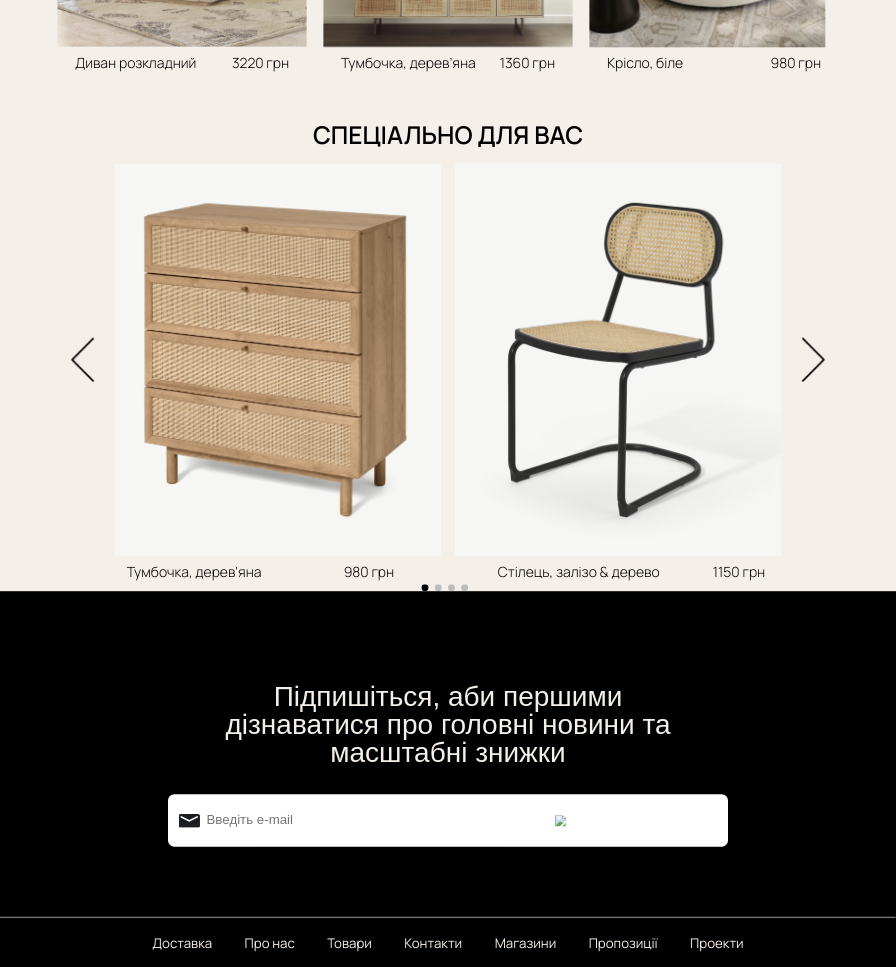
Repository: malykhinaIra/laravel
Page: http://localhost/Catalog
An editor plug-in stored every save of this project. The page is shown before and after the next save, followed by the edit.
The browser window is 1280 px wide. The pictures show the part of the page from y = 2342 to 4262 px (the page is 3724 px tall before and 4262 px after), at 70% of full size.
Some web fonts or font styles are not loaded; a fallback is used. The page is served by the project's Laravel application, run on PHP 8.4 with Laravel 9. Other server files are loaded and not shown.

Above is the page before, as saved 2022-05-09 17:09:24.

### blog/routes/web.php
<?php

use Illuminate\Support\Facades\Route;

/*
|--------------------------------------------------------------------------
| Web Routes
|--------------------------------------------------------------------------
|
| Here is where you can register web routes for your application. These
| routes are loaded by the RouteServiceProvider within a group which
| contains the "web" middleware group. Now create something great!
|
*/

Route::get('/', 'App\Http\Controllers\MainController@forLend');

Route::get('/Lend', 'App\Http\Controllers\MainController@forLend');

Route::get('/Catalog', 'App\Http\Controllers\MainController@forCatalog');

Route::get('/Info', 'App\Http\Controllers\MainController@forInfo');

Route::get('/yourReview', 'App\Http\Controllers\MainController@review');

Route::post('/yourReview/check', 'App\Http\Controllers\MainController@check');

### blog/app/Http/Controllers/MainController.php
<?php

namespace App\Http\Controllers;

use Illuminate\Http\Request;

class MainController extends Controller {

    public function forLend() {
        return view('lend');
    }

    public function forCatalog() {
        return view('catalog');
    }

    public function forInfo() {
        return view('info');
    }

    public function review() {
        return view('yourReview');
    }

    public function check(Request $request) {
        $valid = $request->validate([
            'username' => 'required|min:5|max:50',
            'email' => 'required|min:5|max:50',
            'message' => 'required|min:15|max:500'
        ]);
        dd($request);
    }

}

### blog/resources/views/catalog.blade.php
@extends('header')

@section('content')
<!DOCTYPE html>
<html lang="ua">

<head>
    <meta charset="UTF-8">
    <meta http-equiv="X-UA-Compatible" content="IE=edge">
    <meta name="viewport" content="width=device-width, initial-scale=1.0">
    <title>Каталог</title>
    <link rel="preconnect" href="https://fonts.googleapis.com">
    <link rel="preconnect" href="https://fonts.gstatic.com" crossorigin>
    <link rel="preconnect" href="https://fonts.googleapis.com">
    <link rel="preconnect" href="https://fonts.gstatic.com" crossorigin>
    <link href="https://fonts.googleapis.com/css2?family=Lexend&family=Manrope:wght@200;300;400;500;600&display=swap" rel="stylesheet">
    <link href="https://fonts.googleapis.com/css2?family=Lexend:wght@300&family=Manrope:wght@200;300;400;500;600&display=swap" rel="stylesheet">
    <link rel="preconnect" href="https://fonts.googleapis.com">
    <link rel="preconnect" href="https://fonts.gstatic.com" crossorigin>
    <link href="https://fonts.googleapis.com/css2?family=Lexend&family=Manrope:wght@200;300;400;500;600&display=swap" rel="stylesheet">
    <link rel="preconnect" href="https://fonts.googleapis.com">
    <link rel="preconnect" href="https://fonts.gstatic.com" crossorigin>
    <link href="https://fonts.googleapis.com/css2?family=Manrope:wght@200;300;400;500;600&display=swap" rel="stylesheet">
    <link rel="stylesheet" href="css/catalog.css">
    <link rel="stylesheet" href="css/bootstrap-grid.min.css">
    <meta name="viewport" content="width=device-width">
</head>

<body>
    <div class="catalog">
        <div class="rooms">
            <a href="#">СПАЛЬНЯ</a>
            <a href="#">КУХНЯ</a>
            <a href="#">ОФІС</a>
            <a href="#">ВІТАЛЬНЯ</a>
            <a href="#">ПЕРЕДПОКІЙ</a>
        </div>
    </div>
    <div class="mobile">
        <a href="#">
            <h1>ТОВАРИ ДЛЯ ВІТАЛЬНІ<img class="arr" src="img/Line 15.svg"></h1>
        </a>
    </div>
    <main>
        <section class="picture">
            <h1>КАТАЛОГ ТОВАРІВ</h1>
            <img src="img/image 23.png" width="100%">
        </section>
        <section class="full-catalog" style="margin-top: -15px;">
            <div class="container">
                <div class="icon">
                    <a href=""><img src="img/image 58.svg"></a>
                    <p>Фільтри</p>
                </div>
                <div class="row">
                    <div class="col-4">
                        <div>
                            <div class="image">
                                <a href="item.php/?id=1"><img src="img/image 24.png"></a>
                            </div>
                            <div class="price">
                                <div>
                                    <p>Стілець, дерев’яний</p>
                                </div>
                                <p>800 грн</p>
                            </div>
                        </div>
                    </div>
                    <div class="col-4">
                        <div>
                            <div class="image">
                                <a href="item.php/?id=2"><img src="img/image 25.png"></a>
                            </div>
                            <div class="price">
                                <div>
                                    <p>Крісло, дерево & шкіра</p>
                                </div>
                                <p>1300 грн</p>
                            </div>
                        </div>
                    </div>
                    <div class="col" id="third">
                        <div class="filters">
                            <h2>Товари для вітальні</h2>
                            <hr>
                            <a href="#">
                                <p>Дивани</p>
                            </a>
                            <a href="#">
                                <p>Стільці</p>
                            </a>
                            <a href="#">
                                <p>Тумбочки</p>
                            </a>
                            <a href="#">
                                <p>Настільні лампи</p>
                            </a>
                            <a href="#">
                                <p>Кавові столики</p>
                            </a>
                            <a href="#">
                                <p>Каміни & електрокаміни</p>
                            </a>
                            <a href="#">
                                <p>Шкіряні меблі</p>
                            </a>
                            <a href="#">
                                <p>Консольні столи</p>
                            </a>
                            <a href="#">
                                <p>Люстри</p>
                            </a>
                            <a href="#">
                                <p>Вази & декор</p>
                            </a>
                        </div>
                    </div>
                </div>
                <div class="row">
                    <div class="col-4">
                        <div>
                            <div class="image">
                                <a href="item.php/?id=3"><img src="img/image 26.png"></a>
                            </div>
                            <div class="price">
                                <div>
                                    <p>Настінна картина</p>

                                </div>
                                <p>1230 грн</p>
                            </div>
                        </div>
                    </div>
                    <div class="col-4">
                        <div>
                            <div class="image">
                                <a href="item.php/?id=4"><img src="img/image 27 (1).png"></a>
                            </div>
                            <div class="price">
                                <div>
                                    <p>Журнальний столик</p>
                                </div>
                                <p>980 грн</p>
                            </div>
                        </div>
                    </div>
                    <div class="col-4" id="third">
                        <div>
                            <div class="image">
                                <a href="item.php/?id=5"><img src="img/image 35.png"></a>
                            </div>
                            <div class="price">
                                <div>
                                    <p>Тумбочка з відділами</p>
                                </div>
                                <p>780 грн</p>
                            </div>
                        </div>
                    </div>
                </div>
                <div class="row">
                    <div class="col-4">
                        <div>
                            <div class="image">
                                <a href="item.php/?id=6"><img src="img/image 37.png"></a>
                            </div>
                            <div class="price">
                                <div>
                                    <p>Диван розкладний</p>
                                </div>
                                <p>3220 грн</p>
                            </div>
                        </div>
                    </div>
                    <div class="col-4">
                        <div>
                            <div class="image">
                                <a href="item.php/?id=7"><img src="img/image 36.png"></a>
                            </div>
                            <div class="price">
                                <div>
                                    <p>Тумбочка, дерев’яна</p>
                                </div>
                                <p>1360 грн</p>
                            </div>
                        </div>
                    </div>
                    <div class="col-4" id="third">
                        <div>
                            <div class="image">
                                <a href="item.php/?id=8"><img src="img/image 31.png"></a>
                            </div>
                            <div class="price">
                                <div>
                                    <p>Крісло, біле</p>
                                </div>
                                <p>980 грн</p>
                            </div>
                        </div>
                    </div>
                </div>
                <a href=""><img src="img/Group 66.svg" class="button"></a>
            </div>
        </section>
        <section class="special-offer">
            <h1>СПЕЦІАЛЬНО ДЛЯ ВАС</h1>
            <div class="container">
                <div class="room-shopping">
                    <a href="#"><img src="img/image 29.svg" class="arrow"></a>
                    <a href="#"><img src="img/image 54.png" style="padding:0 2%;" id="offer"></a>
                    <a href="#"><img src="img/image 55.png" style="padding:0 2%;" id="offer"></a>
                    <a href="#"><img src="img/image 30.svg" class="arrow"></a>
                </div>
                <div class="row">
                    <div class="col-6">
                        <div class="price">
                            <div>
                                <p>Тумбочка, дерев'яна</p>
                            </div>
                            <p>980 грн</p>
                        </div>
                    </div>
                    <div class="col-6">
                        <div class="price">
                            <div>
                                <p>Стілець, залізо & дерево</p>
                            </div>
                            <p>1150 грн</p>
                        </div>
                    </div>
                </div>
            </div>
            </div>
            <img src="img/Group 3.svg" class="scroll">
            </div>
        </section>
    </main>
    <br>
    <footer id="bottom">
        <section class="form">
        <?php if (!isset($_POST["mail"])) { ?>
                <p>Підпишіться, аби першими дізнаватися про головні новини та масштабні знижки</p>
                <div class="subscribe">
                    <form method="POST" style="width:800px; margin: 0; display: flex; align-items: center;">
                        <div style="display: flex; align-items: center;">
                            <img src="img/Shape.svg" class="message">
                            <input style="width:500px; outline: none; border: none; font-size: 25px;" type="text" name="mail" placeholder="Введіть e-mail">
                        </div>
                        <button type="submit" style="background: none; border: 0; padding:0;"><img src="img//Group 61.svg" class="sub-btn"></button>
                    </form>
                </div>
            <?php } else { ?>
                <p style="padding-top: 130px; color: #F5EFEA">Дякуємо за підписку! Перевірте свою поштову скриньку
                    <?php
                    echo htmlspecialchars($_POST["mail"]);
                    ?>
                    <a style="color: #F5EFEA; border: 0; padding:0;">
                        <p style="font-style: italic; padding: 0px; font-size:25px;">Назад
                    </a>
                <?php } ?>
        </section>
        <hr>
        <section class="footer-1">
            <a href="#">Доставка</a>
            <a href="/Info">Про нас</a>
            <a href="/Catalog">Товари</a>
            <a href="#">Контакти</a>
            <a href="#">Магазини</a>
            <a href="#">Пропозиції</a>
            <a href="#">Проекти</a>
        </section>
        <br>
    </footer>
</body>
@endsection

### blog/resources/views/header.blade.php
<header class="header">
</div>
        <div class="nav-1">
            <div class="nav-toggle">
                <div class="container">
                    <a href="/Info" width="10%" onclick>
                        <img src="img/Group 65.svg" class="menu">
                    </a>
                    <div class="logo"><a href="index.html">COMFORT</a></div>
                    <div class="row">
                        <div class="col">
                            <a href="#" style="margin-right: 2.5%;"><img src="img/Group 56.svg"></a>
                        </div>
                        <div class="col">
                            <a href="#"><img src="img/Group 55.svg"></a>
                        </div>
                    </div>
                </div>
            </div>
            <hr>
            <div class="border-1">
                <input type="text" size="19" placeholder="Пошук меблів">
                <a href="#" class="search-1"><img src="img/image 22 (1).svg"></a>
            </div>
        </div>

        <section class="nav">
            <a href="/Lend" class="logo">COMFORT</a>
            <a href="/Info">Про нас</a>
            <a href="#">Доставка</a>
            <a href="#">Підтримка</a>
            <a href="/Catalog">Каталог</a>
            <div class="border">
                <input type="text" size="19" placeholder="Пошук меблів" style="margin-bottom: 6px;">
                <a href="#" class="search"><img src="img/image 22 (1).svg"></a>
            </div>
            <div class="shops">
                <a href="#" style="margin-right: 5px;"><img src="img/image 57.svg"></a>
                <a href="#">Магазини</a>
            </div>
            <div class="icons">
                <a href="#"><img src="img/Group 55.svg"></a>
                <a href="#"><img src="img/Group 56.svg"></a>
                <a href="#"><img src="img/user.svg"></a>
            </div>
        </section>
    </header>

    <div class="forYield">
        @yield('content')
    </div>

Loaded but not shown: blog/app/Http/Controllers/Controller.php (common file); blog/public/css/bootstrap-grid.min.css (library); blog/public/img/Group 66.svg (5 lines, source omitted); blog/public/img/Group 56.svg (4 lines, source omitted); blog/public/img/user.svg (3 lines, source omitted); blog/public/img/image 29.svg (9 lines, source omitted); blog/public/img/Group 55.svg (10 lines, source omitted); blog/public/img/image 30.svg (9 lines, source omitted); blog/public/img/image 22 (1).svg (9 lines, source omitted); blog/public/img/Shape.svg (3 lines, source omitted); blog/public/img/image 57.svg (9 lines, source omitted); blog/public/img/image 58.svg (9 lines, source omitted); blog/public/img/Group 3.svg (6 lines, source omitted); blog/public/img/Group 65.svg (5 lines, source omitted); blog/public/img/Line 15.svg (3 lines, source omitted); blog/public/css/catalog.css (841 lines, source omitted); blog/resources/views/layouts/header.blade.php (92 lines, source omitted)

After the next save:
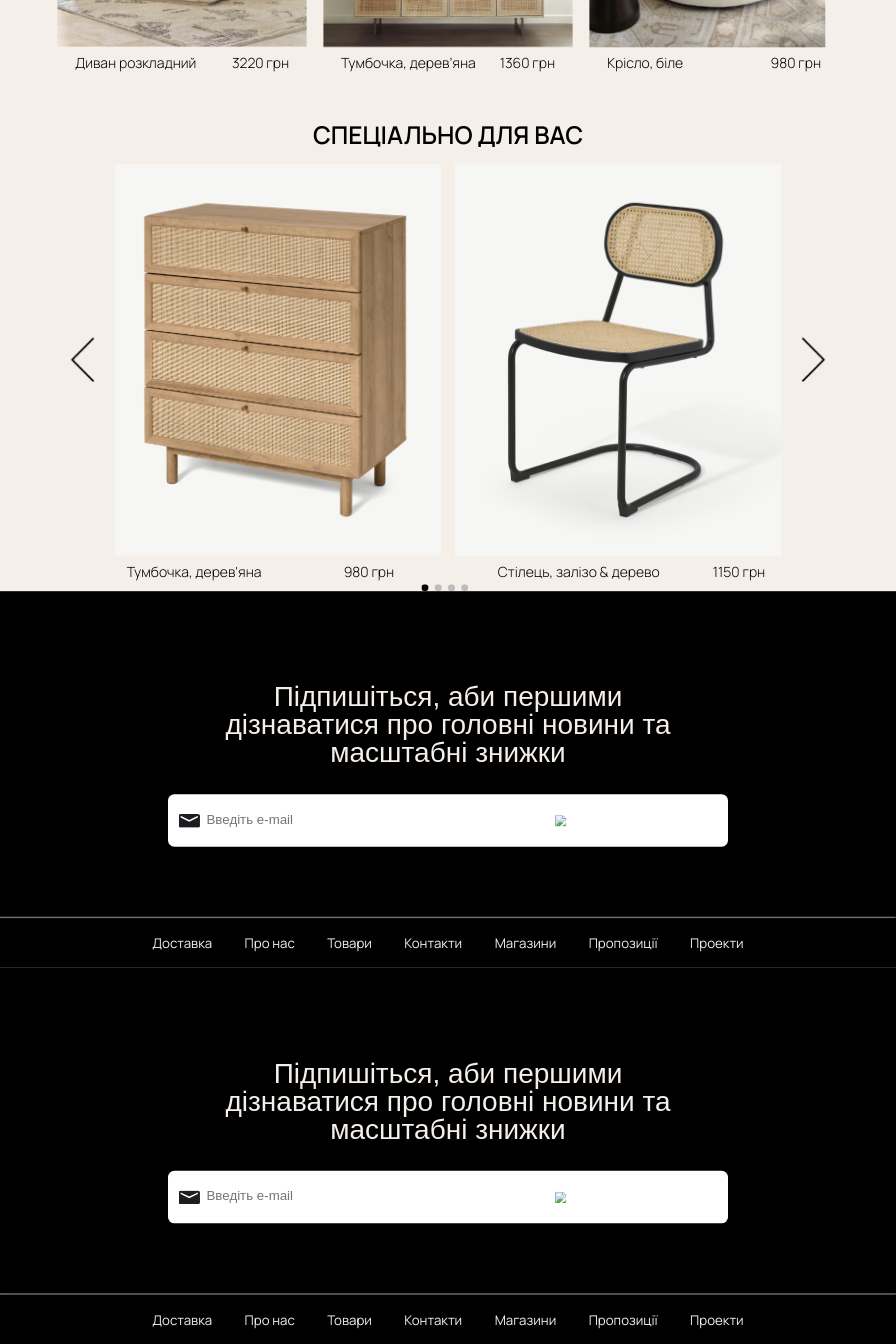
Saved 23 s later.
--- a/blog/resources/views/catalog.blade.php
+++ b/blog/resources/views/catalog.blade.php
@@ -1,4 +1,4 @@
-@extends('header')
+@extends('layouts.header')
 
 @section('content')
 <!DOCTYPE html>

After the save that followed:
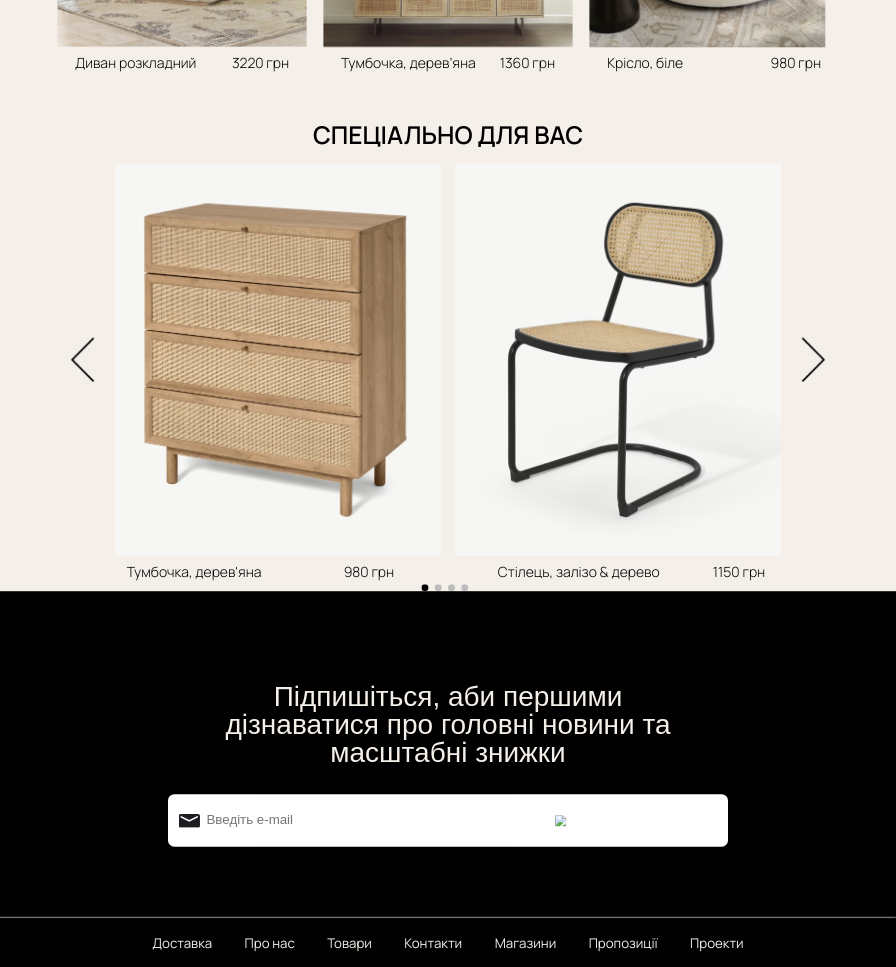
Saved 35 s later.
--- a/blog/resources/views/catalog.blade.php
+++ b/blog/resources/views/catalog.blade.php
@@ -236,40 +236,5 @@
         </section>
     </main>
     <br>
-    <footer id="bottom">
-        <section class="form">
-        <?php if (!isset($_POST["mail"])) { ?>
-                <p>Підпишіться, аби першими дізнаватися про головні новини та масштабні знижки</p>
-                <div class="subscribe">
-                    <form method="POST" style="width:800px; margin: 0; display: flex; align-items: center;">
-                        <div style="display: flex; align-items: center;">
-                            <img src="img/Shape.svg" class="message">
-                            <input style="width:500px; outline: none; border: none; font-size: 25px;" type="text" name="mail" placeholder="Введіть e-mail">
-                        </div>
-                        <button type="submit" style="background: none; border: 0; padding:0;"><img src="img//Group 61.svg" class="sub-btn"></button>
-                    </form>
-                </div>
-            <?php } else { ?>
-                <p style="padding-top: 130px; color: #F5EFEA">Дякуємо за підписку! Перевірте свою поштову скриньку
-                    <?php
-                    echo htmlspecialchars($_POST["mail"]);
-                    ?>
-                    <a style="color: #F5EFEA; border: 0; padding:0;">
-                        <p style="font-style: italic; padding: 0px; font-size:25px;">Назад
-                    </a>
-                <?php } ?>
-        </section>
-        <hr>
-        <section class="footer-1">
-            <a href="#">Доставка</a>
-            <a href="/Info">Про нас</a>
-            <a href="/Catalog">Товари</a>
-            <a href="#">Контакти</a>
-            <a href="#">Магазини</a>
-            <a href="#">Пропозиції</a>
-            <a href="#">Проекти</a>
-        </section>
-        <br>
-    </footer>
-</body>
+    </body>
 @endsection
